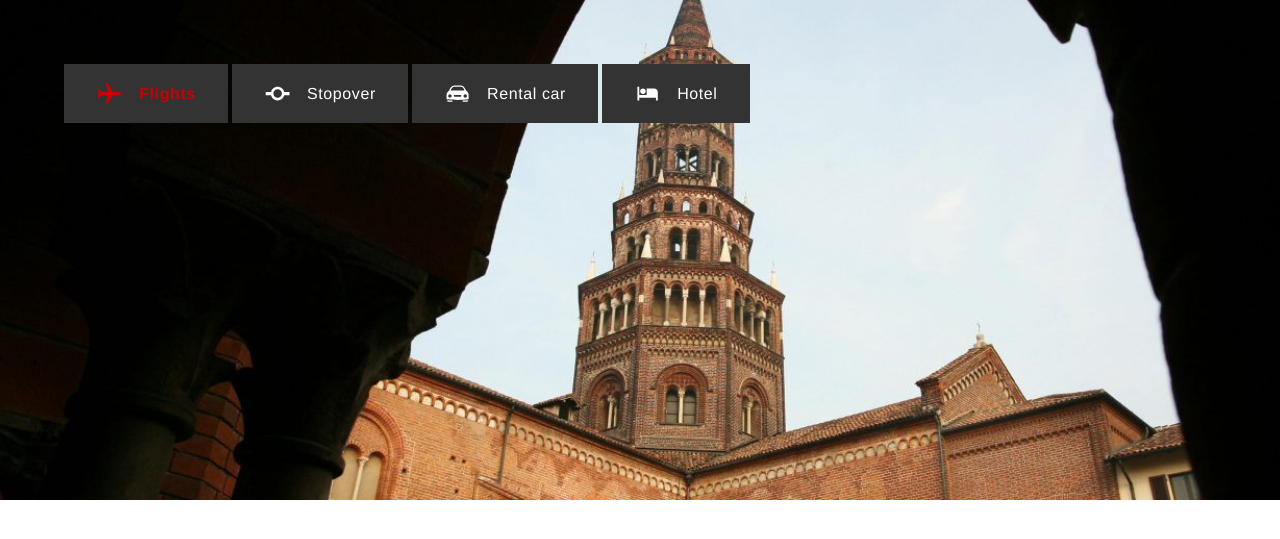
Repository: guidogr95/Everymundo-Excercise
Page: /
An editor plug-in stored every save of this project. The page is shown before and after the next save, followed by the edit.
The browser window is 1280 px wide. The pictures show the whole page.
The project was rebuilt for these pictures with package versions that can differ from the ones it lists, and the page was loaded fresh each time.

Above is the page before, as saved 2021-06-30 21:27:09.

After the next save:
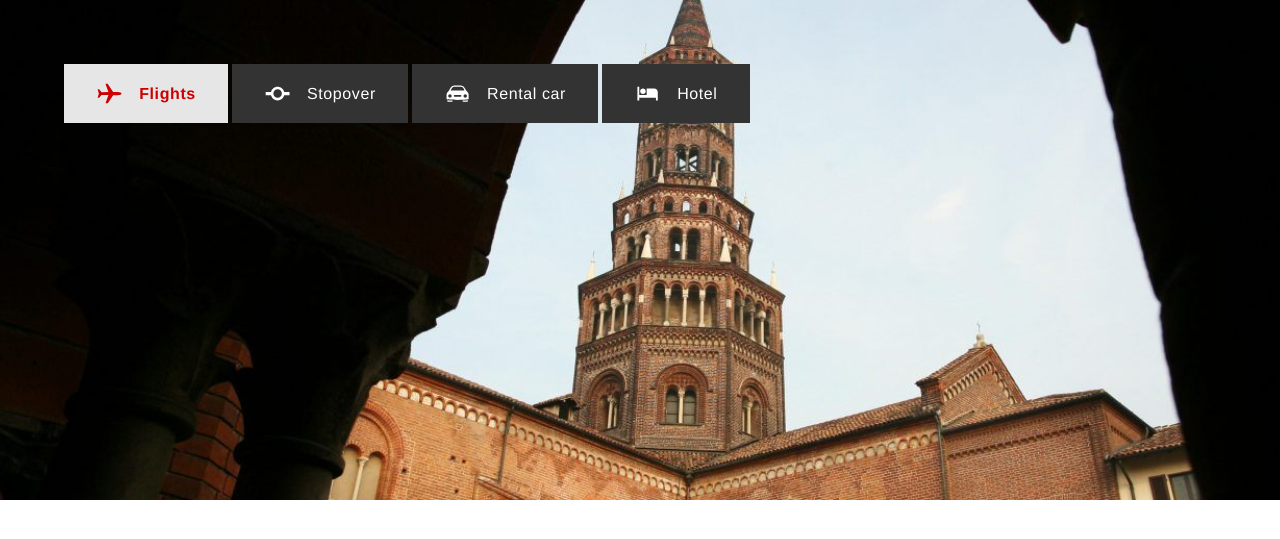
Saved 15 s later.
--- a/src/components/BookingMask/bookingmask.scss
+++ b/src/components/BookingMask/bookingmask.scss
@@ -17,6 +17,7 @@
       &.active {
         color: $color-red;
         font-weight: $font-weight-medium;
+        background-color: $color-active-tab-bg;
       }
       svg {
         margin-right: 1rem;
